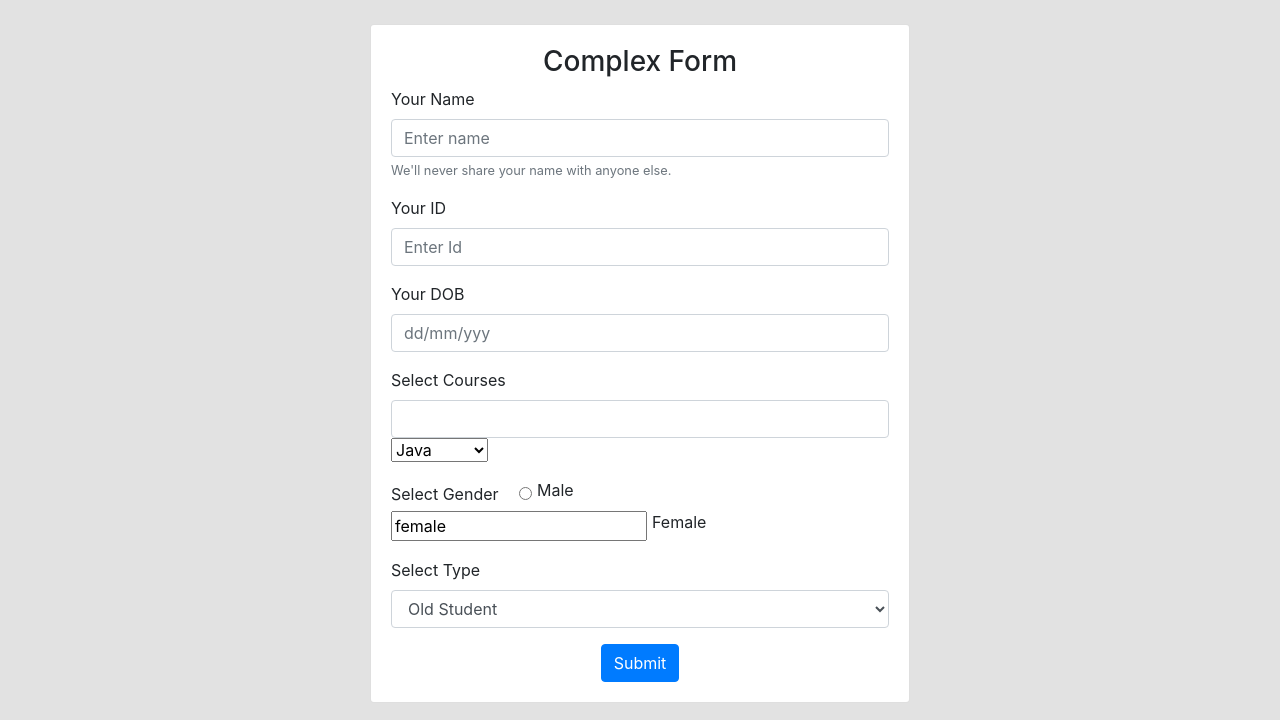
Repository: agupta003/3-18-2024
Page: http://localhost/spring-mvc-orm-db-Fileupload-multipart-resolver/WEB-INF/views/jsp/complex_form.jsp
These files come from the project's save history. The page is drawn as it stood at one moment and after the next save; the edit follows.
The browser window is 1280 px wide. The pictures show the whole page.
Some web libraries are served in a nearby version. The page is served by Tomcat 10. Nobody is signed in. The template is opened directly, without the code that normally fills it, so the values that code supplies are empty.

Above is the page before, as saved 2024-03-28 03:35:19.

After the next save:
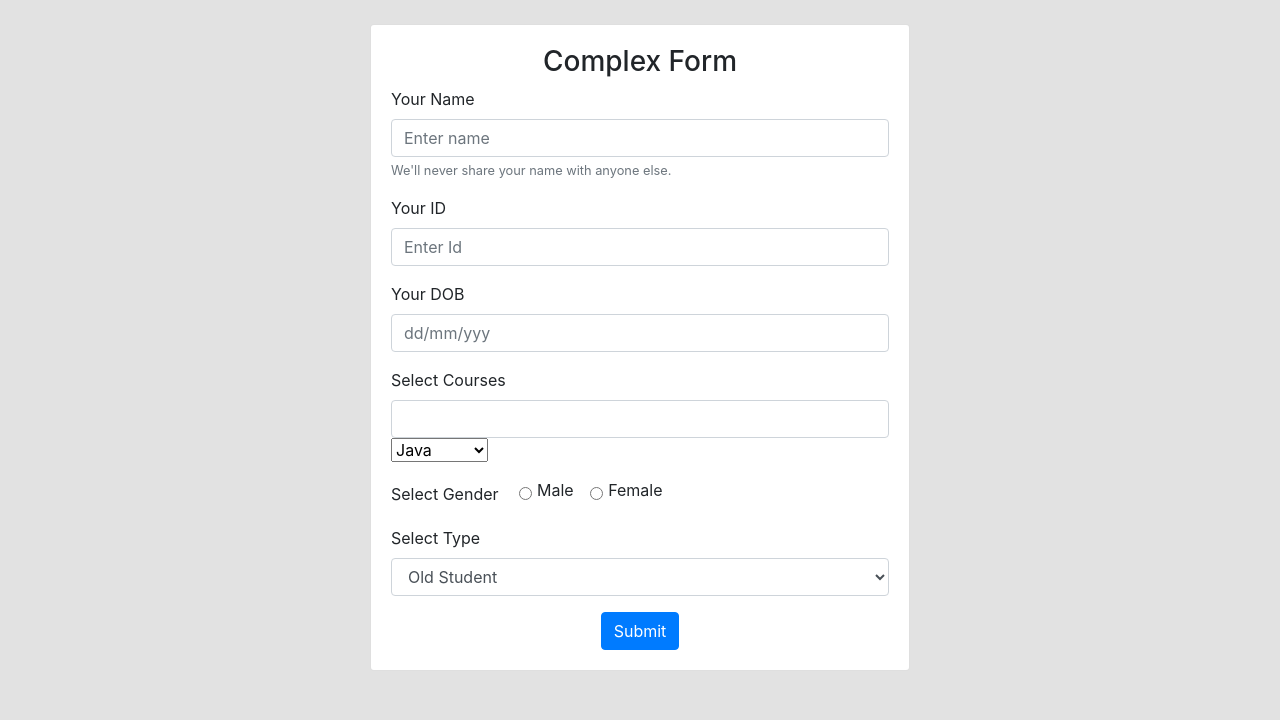
Saved 10 s later.
--- a/spring-mvc-orm-db-Fileupload-multipart-resolver/src/main/webapp/WEB-INF/views/jsp/complex_form.jsp
+++ b/spring-mvc-orm-db-Fileupload-multipart-resolver/src/main/webapp/WEB-INF/views/jsp/complex_form.jsp
@@ -61,7 +61,7 @@
 										<label class="form-check-lable" for="inlineRadio1">Male</label>
 								</div>
 								<div class="form-check- form-check-inline">
-									<input class="form-check-input" typr="radio" name="gender" id="inlineRadio2" value="female">
+									<input class="form-check-input" type="radio" name="gender" id="inlineRadio2" value="female">
 										<label class="form-check-lable" for="inlineRadio2">Female</label>
 								</div>
 							</div>
